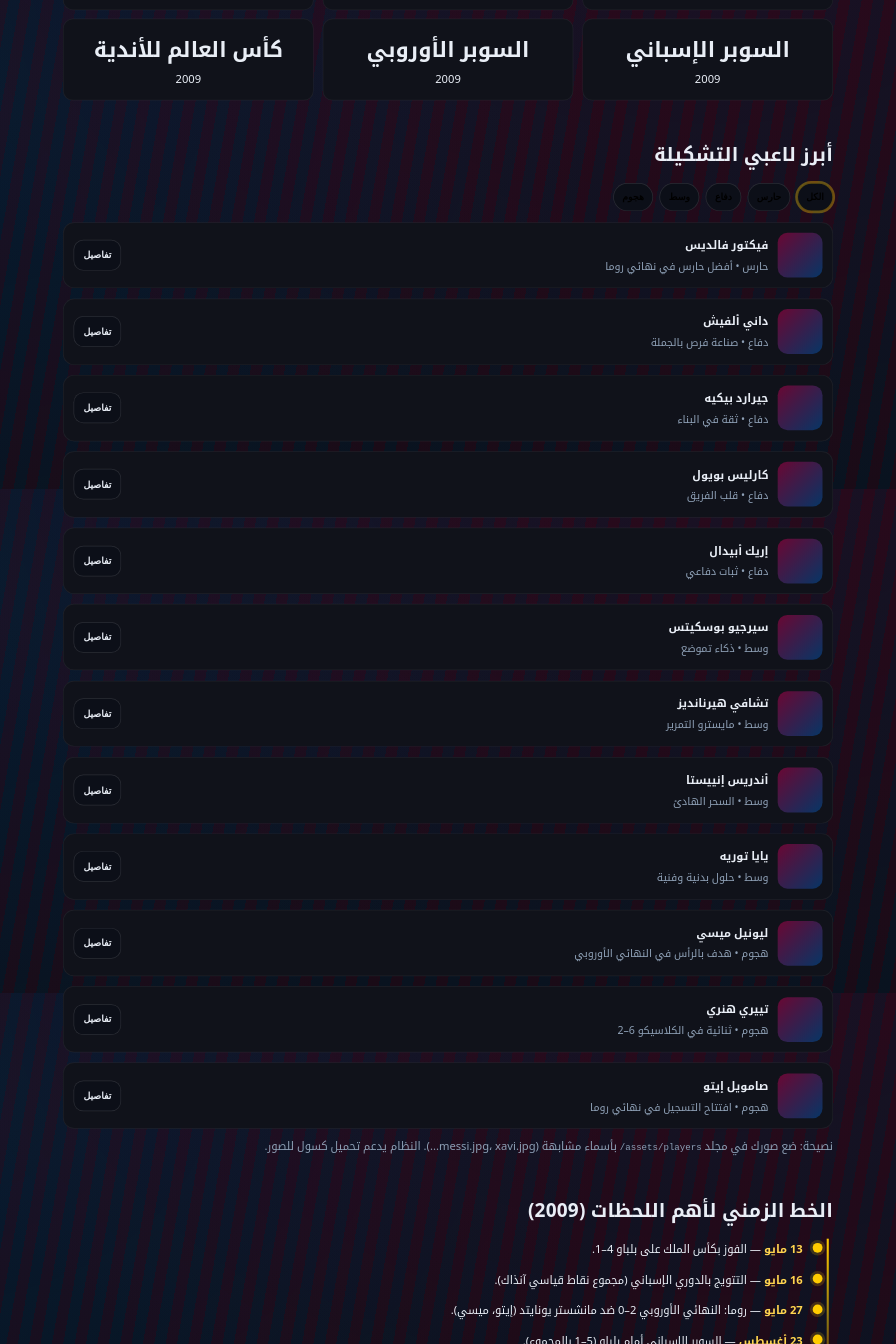
Repository: baha1115/aya-barca
Page: index.html
These files come from the project's save history. The page is drawn as it stood at one moment and after the next save; the edit follows.
The browser window is 1280 px wide. The pictures show the part of the page from y = 742 to 2662 px (the page is 3533 px tall), at 70% of full size.

Above is the page before, as saved 2025-11-17 14:27:21.
Not found: assets/players/abidal.jpg
Not found: assets/players/alves.jpg
Not found: assets/players/busquets.jpg

After the next save:
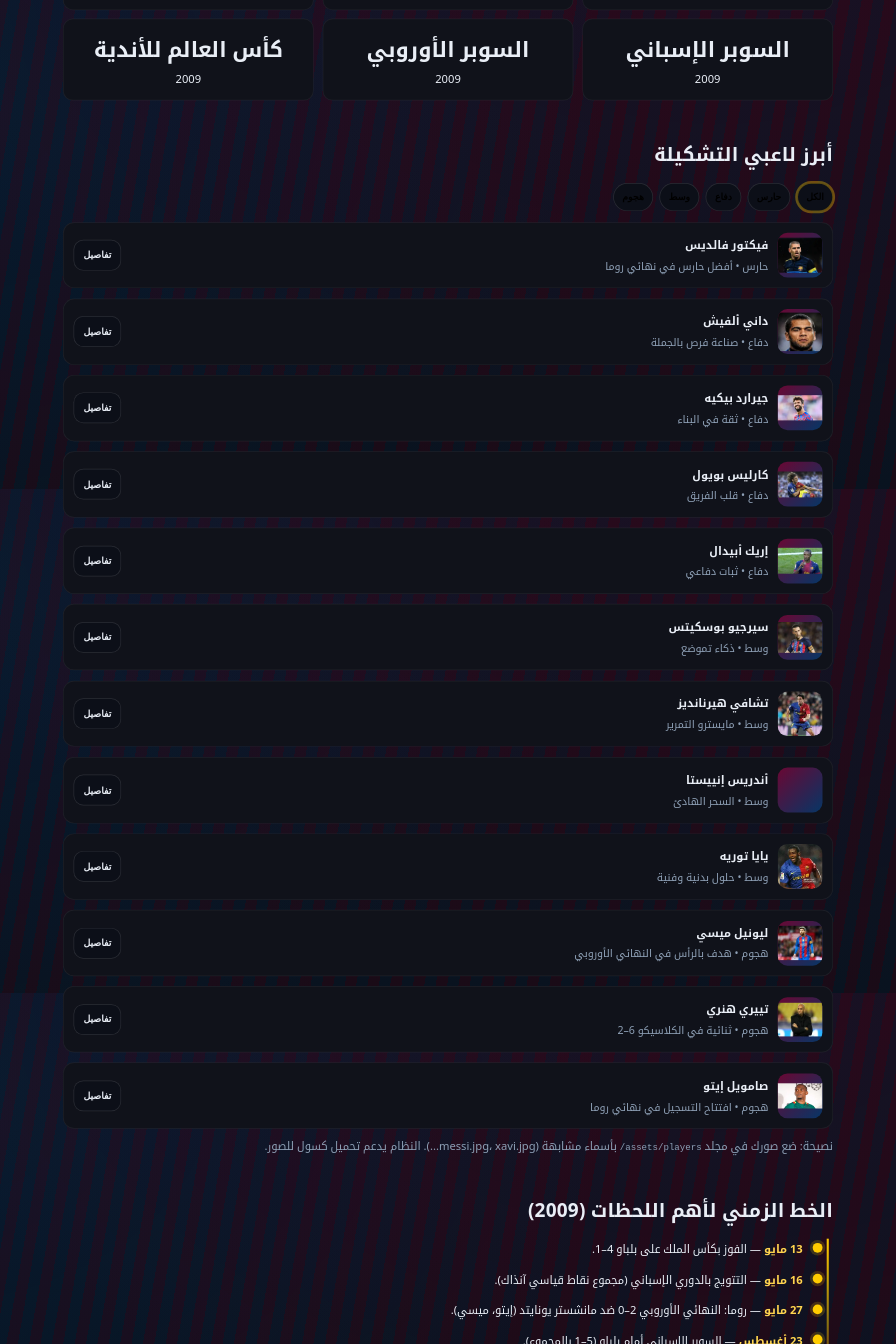
Not found: ineista.webp
Saved 23 min 21 s later.
--- a/index.html
+++ b/index.html
@@ -278,18 +278,18 @@
   <script>
     // بيانات اللاعبين (مختصرة ومبسطة)
     const players = [
-      { name: 'فيكتور فالديس', pos: 'حارس', number: 1, img: 'assets/players/valdes.jpg',  highlight: 'أفضل حارس في نهائي روما', bio: 'عمود أساسي في بناء اللعب من الخلف.' },
-      { name: 'داني ألفيش', pos: 'دفاع', number: 2, img: 'assets/players/alves.jpg',   highlight: 'صناعة فرص بالجملة', bio: 'جناح مقنَّع على الجهة اليمنى.' },
-      { name: 'جيرارد بيكيه', pos: 'دفاع', number: 3, img: 'assets/players/pique.jpg',  highlight: 'ثقة في البناء', bio: 'عودته من مانشستر يونايتد كانت نقطة تحول.' },
-      { name: 'كارليس بويول', pos: 'دفاع', number: 5, img: 'assets/players/puyol.jpg',  highlight: 'قلب الفريق', bio: 'قيادي شرس وتدخلات حاسمة.' },
-      { name: 'إريك أبيدال', pos: 'دفاع', number: 22, img: 'assets/players/abidal.jpg', highlight: 'ثبات دفاعي', bio: 'تغطية مثالية في الجهة اليسرى.' },
-      { name: 'سيرجيو بوسكيتس', pos: 'وسط', number: 28, img: 'assets/players/busquets.jpg', highlight: 'ذكاء تموضع', bio: 'الظهور الأول الكبير مع بيب وأصبح محور المنظومة.' },
-      { name: 'تشافي هيرنانديز', pos: 'وسط', number: 6, img: 'assets/players/xavi.jpg', highlight: 'مايسترو التمرير', bio: 'إملاء إيقاع اللعب بدقة متناهية.' },
-      { name: 'أندريس إنييستا', pos: 'وسط', number: 8, img: 'assets/players/iniesta.jpg', highlight: 'السحر الهادئ', bio: 'لقب "الرسام" لتأثيره الفني الحاسم.' },
-      { name: 'يايا توريه', pos: 'وسط', number: 24, img: 'assets/players/toure.jpg', highlight: 'حلول بدنية وفنية', bio: 'لعب قلب دفاع في أوقات حرجة بنهائي الكأس.' },
-      { name: 'ليونيل ميسي', pos: 'هجوم', number: 10, img: 'assets/players/messi.jpg', highlight: 'هدف بالرأس في النهائي الأوروبي', bio: 'نجم الفريق الأول في بداية حقبة ذهبية.' },
-      { name: 'تييري هنري', pos: 'هجوم', number: 14, img: 'assets/players/henry.jpg', highlight: 'ثنائية في الكلاسيكو 6–2', bio: 'خبرة وهدوء أمام المرمى.' },
-      { name: 'صامويل إيتو', pos: 'هجوم', number: 9, img: 'assets/players/eto.jpg', highlight: 'افتتاح التسجيل في نهائي روما', bio: 'حاسة تهديف قاتلة وحركة بلا توقف.' }
+      { name: 'فيكتور فالديس', pos: 'حارس', number: 1, img: 'valdes.webp',  highlight: 'أفضل حارس في نهائي روما', bio: 'عمود أساسي في بناء اللعب من الخلف.' },
+      { name: 'داني ألفيش', pos: 'دفاع', number: 2, img: 'alves.webp',   highlight: 'صناعة فرص بالجملة', bio: 'جناح مقنَّع على الجهة اليمنى.' },
+      { name: 'جيرارد بيكيه', pos: 'دفاع', number: 3, img: 'pique.webp',  highlight: 'ثقة في البناء', bio: 'عودته من مانشستر يونايتد كانت نقطة تحول.' },
+      { name: 'كارليس بويول', pos: 'دفاع', number: 5, img: 'peol.webp',  highlight: 'قلب الفريق', bio: 'قيادي شرس وتدخلات حاسمة.' },
+      { name: 'إريك أبيدال', pos: 'دفاع', number: 22, img: 'abidal.webp', highlight: 'ثبات دفاعي', bio: 'تغطية مثالية في الجهة اليسرى.' },
+      { name: 'سيرجيو بوسكيتس', pos: 'وسط', number: 28, img: 'busquets.webp', highlight: 'ذكاء تموضع', bio: 'الظهور الأول الكبير مع بيب وأصبح محور المنظومة.' },
+      { name: 'تشافي هيرنانديز', pos: 'وسط', number: 6, img: 'xavi.webp', highlight: 'مايسترو التمرير', bio: 'إملاء إيقاع اللعب بدقة متناهية.' },
+      { name: 'أندريس إنييستا', pos: 'وسط', number: 8, img: 'ineista.webp', highlight: 'السحر الهادئ', bio: 'لقب "الرسام" لتأثيره الفني الحاسم.' },
+      { name: 'يايا توريه', pos: 'وسط', number: 24, img: 'yaya.webp', highlight: 'حلول بدنية وفنية', bio: 'لعب قلب دفاع في أوقات حرجة بنهائي الكأس.' },
+      { name: 'ليونيل ميسي', pos: 'هجوم', number: 10, img: 'messi.webp', highlight: 'هدف بالرأس في النهائي الأوروبي', bio: 'نجم الفريق الأول في بداية حقبة ذهبية.' },
+      { name: 'تييري هنري', pos: 'هجوم', number: 14, img: 'henry.webp', highlight: 'ثنائية في الكلاسيكو 6–2', bio: 'خبرة وهدوء أمام المرمى.' },
+      { name: 'صامويل إيتو', pos: 'هجوم', number: 9, img: 'eto.webp', highlight: 'افتتاح التسجيل في نهائي روما', bio: 'حاسة تهديف قاتلة وحركة بلا توقف.' }
     ];
 
     const grid = document.getElementById('playersGrid');
